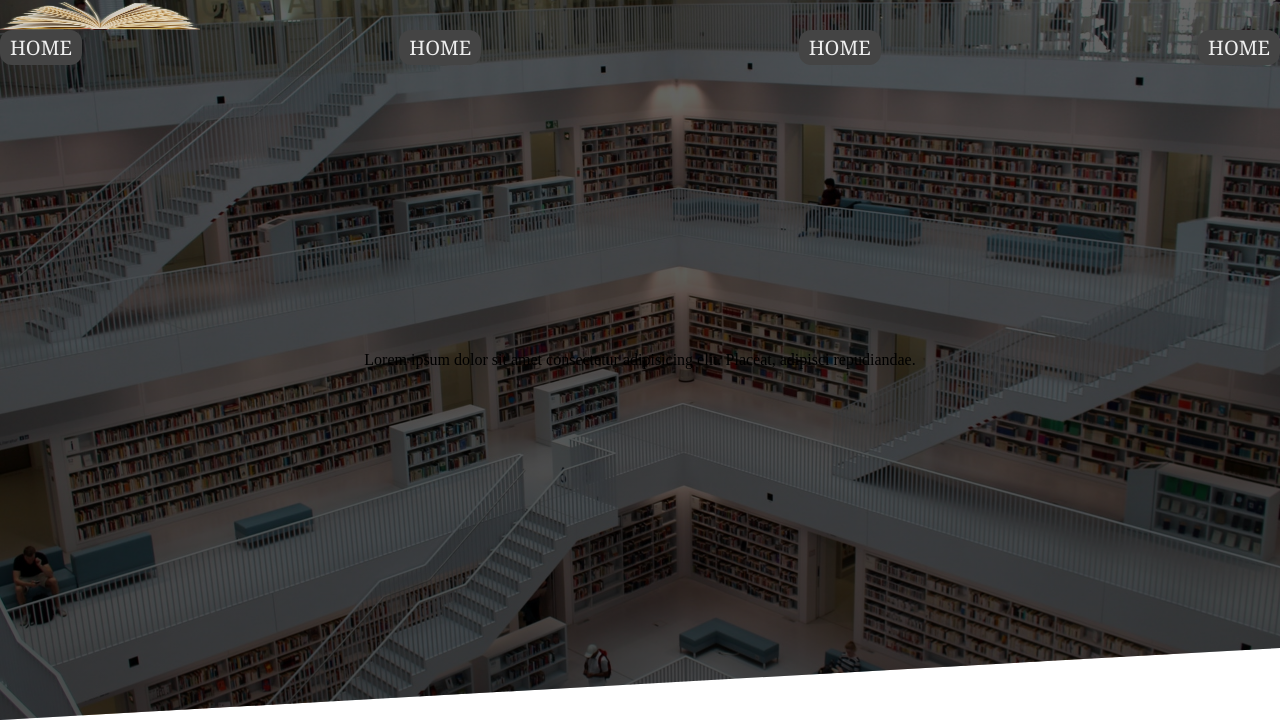
Repository: imedakrouti/BookStore
Page: ex.html
These files come from the project's save history. The page is drawn as it stood at one moment and after the next save; the edit follows.
The browser window is 1280 px wide. The pictures show the whole page.

Above is the page before, as saved 2020-05-06 21:48:16.

### ex.html
<!DOCTYPE html>
<html lang="en">
<head>
    <meta charset="UTF-8">
    <meta name="viewport" content="width=device-width, initial-scale=1.0">
    <title>Document</title>
</head>
<style>
    *{
        margin: 0;
        padding: 0;
        box-sizing: border-box;
    }
    header{
    height: 100vh;
    background:linear-gradient(rgba(0,0,0,0.6),rgba(0,0,0,0.7)),url('images/img/header-bg.jpeg')no-repeat fixed center /cover;
    clip-path: polygon(0 0, 100% 0, 100% 90%, 0 100%);
    display: flex;
    align-items: center;
    justify-content: center;
  }
    .nav{
        align-self: start;
        position: absolute;
        width: 100%;
    }
    ul{
      display: flex;
      justify-content: space-between;
    }
    ul li{
        list-style: none;
    }
    ul li a{
        text-decoration: none;
        padding: 4px 10px;
        color:#eee;
        background:#444;
        font-size: 20px;
        font-family: Cambria, Cochin, Georgia, Times, 'Times New Roman', serif;
        text-transform: uppercase;
        border-radius: 12px;
    }

</style>
<body>
    <header>
        <div class="nav">
            <div class="icin">
                <a href=""><img src="images/img/book.png" alt="" width="200px"height="30px"></a>
            </div>
            <ul>
                <li><a href="">home</a></li>
                <li><a href="">home</a></li>
                <li><a href="">home</a></li>
                <li><a href="">home</a></li>

            </ul>
        </div>
        <div class="logo">
            <p>Lorem ipsum dolor sit amet consectetur adipisicing elit. Placeat, adipisci repudiandae.</p>
        </div>
    </header>

</body>
</html>

After the next save:
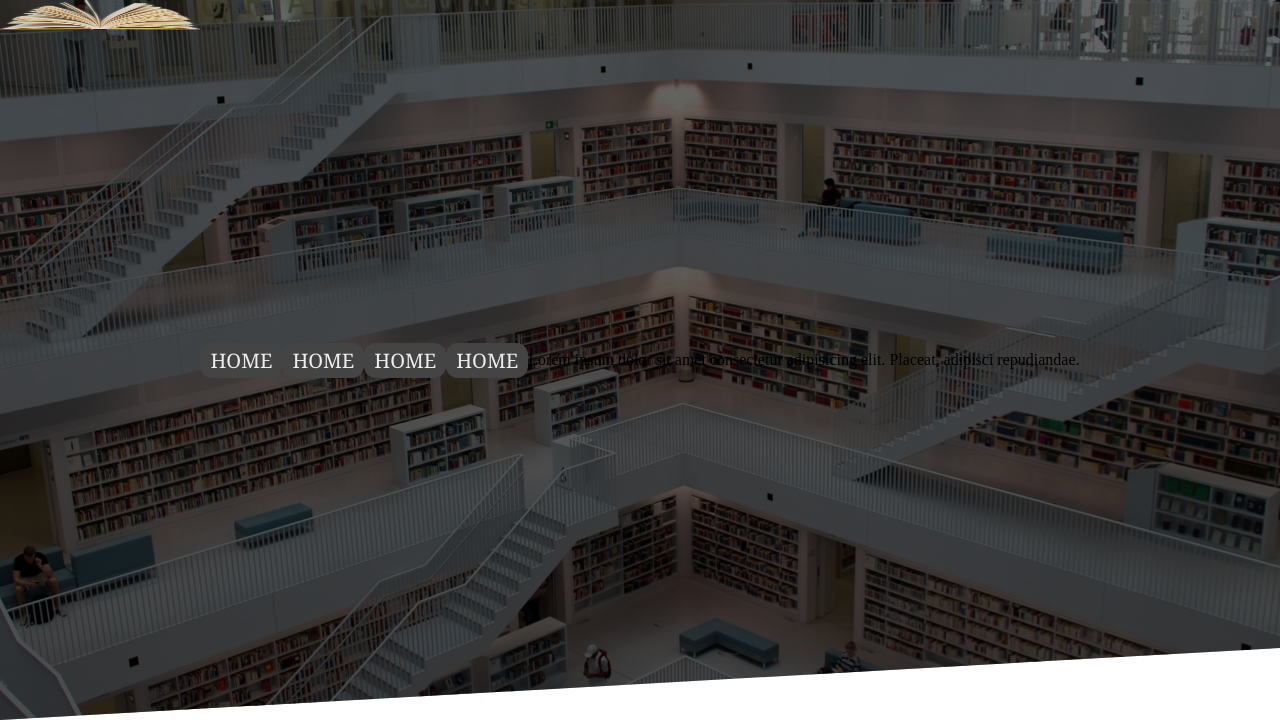
Saved 22 s later.
--- a/ex.html
+++ b/ex.html
@@ -46,7 +46,6 @@
 <body>
     <header>
         <div class="nav">
-            <div class="icin">
                 <a href=""><img src="images/img/book.png" alt="" width="200px"height="30px"></a>
             </div>
             <ul>

After the save that followed:
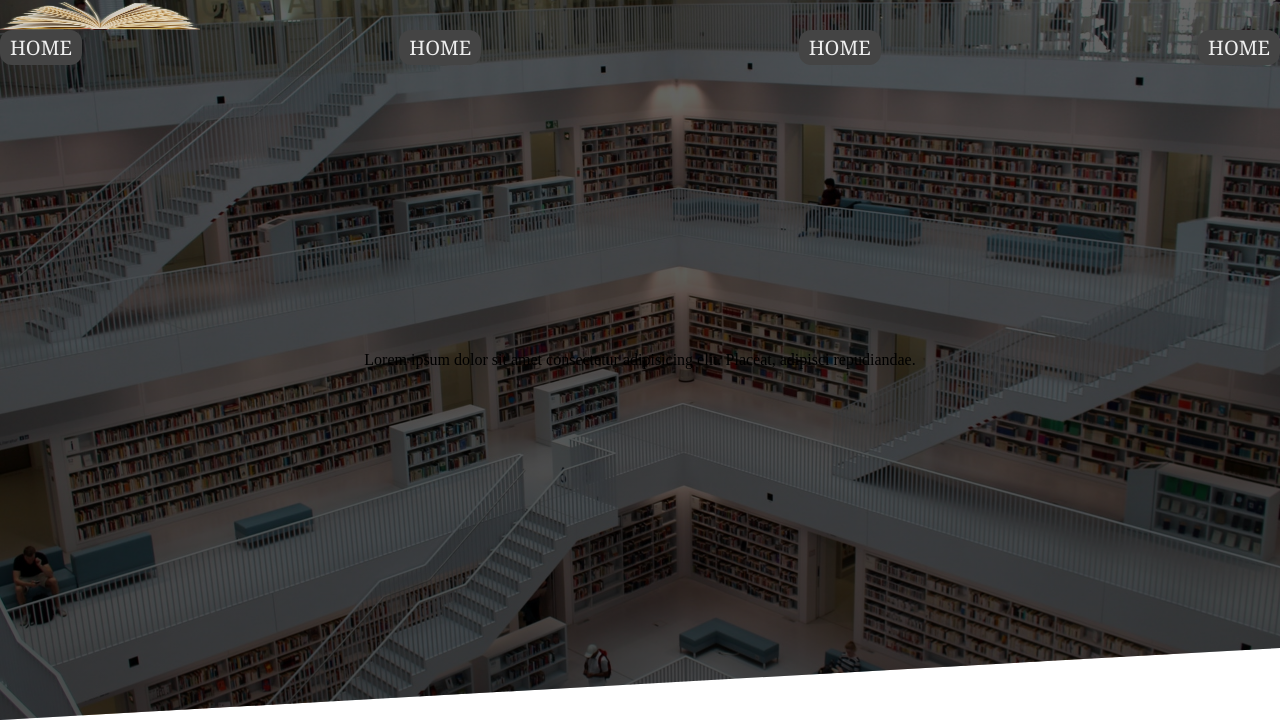
Saved 10 s later.
--- a/ex.html
+++ b/ex.html
@@ -47,7 +47,7 @@
     <header>
         <div class="nav">
                 <a href=""><img src="images/img/book.png" alt="" width="200px"height="30px"></a>
-            </div>
+
             <ul>
                 <li><a href="">home</a></li>
                 <li><a href="">home</a></li>
